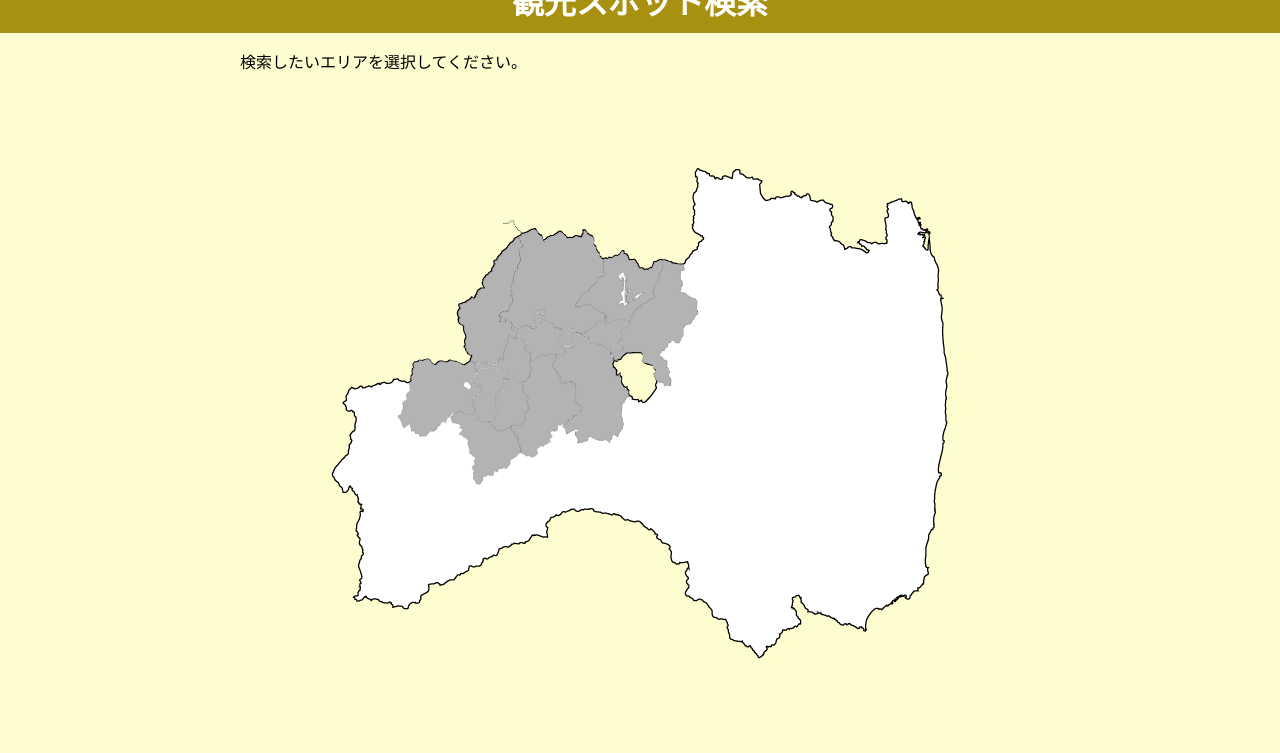
Repository: ryoutana/tanaryou.github.io
Page: Downloads/project/index.html
The author's editor kept a copy of each file at every save. The page is drawn from the files as they stood at one save, then again after the next save.
The browser window is 1280 px wide. The pictures show the whole page.

Above is the page before, as saved 2025-04-29 15:20:55.

### Downloads/project/index.html
<!DOCTYPE html>
<html lang="ja">
<head>
    <meta charset="UTF-8">
    <meta name="viewport" content="width=device-width, initial-scale=1.0">
    <title>観光スポット検索</title>
    <link rel="stylesheet" href="styles.css">
</head>
<body>
    <header>
        <h1 id="pageTitle">観光スポット検索</h1>
    </header>
    <main>
        <section id="intro">
            <p id="introText">検索したいエリアを選択してください。</p>
            <div id="mapContainer">
                <img id="introImage" src="福島県白地図.png" alt="福島県の地図">
                <div id="spotContainer"></div>
            </div>
        </section>
    </main>
    <script src="script.js"></script>
</body>
</html>

### Downloads/project/styles.css
/* styles.css */

/* 全体のリセット */
body, html {
    margin: 0;
    padding: 0;
    width: 100%;
    height: 100%;
    box-sizing: border-box;
    background-color: #fffdd0; /* 背景色をクリーム色に設定 */
    display: flex;
    flex-direction: column;
    align-items: center;
    justify-content: center;
    font-family: Arial, sans-serif;
}

/* ヘッダーのスタイル */
header {
    text-align: center;
    background-color: #a89110;
    padding: 10px 0;
    width: 100%;
}

#pageTitle {
    font-size: 2em;
    margin: 0;
    color: #fff;
}

/* 地図全体のコンテナ */
#mapContainer {
    position: relative;
    width: 80%; /* 地図の幅を画面幅に応じて調整 */
    max-width: 800px;
    margin: 20px auto;
    overflow: hidden;
    text-align: center;
}

#introImage {
    width: 100%; /* 地図画像を親要素にフィットさせる */
    height: auto;
    display: block;
    margin: 0 auto;
    z-index: 1;
}

/* スポット画像のコンテナ */
#spotContainer {
    position: absolute;
    top: 0;
    left: 0;
    width: 100%;
    height: 100%;
    z-index: 2;
}

/* スポット画像のスタイル */
.spot-image {
    position: absolute;
    transform: translate(-50%, -50%); /* 中心基準で配置 */
    cursor: pointer;
    transition: filter 0.3s ease;
    filter: brightness(0.8) saturate(0); /* デフォルトで薄い灰色 */
}

.spot-image:hover {
    filter: brightness(1.2) hue-rotate(90deg); /* カーソルが乗ると黄緑 */
}

.spot-image.active {
    filter: brightness(1) hue-rotate(120deg) saturate(2); /* クリックでしっかり緑 */
}

### Downloads/project/script.js
// スポットデータ（座標は地図画像内の相対的なピクセル位置）
const spots = [
    { name: '会津坂下町', img: '会津坂下町(白地図).png', x: 275, y: 303, width: 78, zIndex: 30 },
    { name: '会津若松市', img: '会津若松市(白地図).png', x: 337, y: 368, width: 158, zIndex: 20 },
    { name: '会津美里町', img: '会津美里町(白地図).png', x: 283, y: 390, width: 149, zIndex: 21 },
    { name: '喜多方市', img: '喜多方市(白地図).png', x: 291, y: 230, width: 170, zIndex: 25 },
    { name: '金山町', img: '金山町(白地図).png', x: 150, y: 381, width: 133, zIndex: 5 },
    { name: '三島町', img: '三島町(白地図).png', x: 216, y: 377, width: 83, zIndex: 40 },
    { name: '昭和村', img: '昭和村(白地図).png', x: 207, y: 444, width: 115, zIndex: 12 },
    { name: '西会津町', img: '西会津町(白地図).png', x: 214, y: 260, width: 180, zIndex: 18 },
    { name: '猪苗代町', img: '猪苗代町(白地図).png', x: 418, y: 288, width: 178, zIndex: 19 },
    { name: '湯川村', img: '湯川村(白地図).png', x: 309, y: 306, width: 32, zIndex: 30 },
    { name: '磐梯町', img: '磐梯町(白地図).png', x: 357, y: 304, width: 69, zIndex: 28 },
    { name: '北塩原村', img: '北塩原村(白地図).png', x: 374, y: 244, width: 123, zIndex: 26 },
    { name: '柳津町', img: '柳津町(白地図).png', x: 229, y: 363, width: 134, zIndex: 31 }
];

// スポットを動的に生成
function generateSpots() {
    const spotContainer = document.getElementById('spotContainer');
    const mapContainer = document.getElementById('mapContainer');

    if (!spotContainer || !mapContainer) {
        console.error('Error: 必要な要素が見つかりません。');
        return;
    }

    const mapWidth = mapContainer.offsetWidth; // 地図の幅
    const mapHeight = mapContainer.offsetHeight; // 地図の高さ

    spots.forEach(spot => {
        // スポット画像を作成
        const img = document.createElement('img');
        img.src = spot.img;
        img.alt = spot.name;
        img.style.position = 'absolute';
        img.style.width = `${(spot.width / 800) * mapWidth}px`; // 幅を地図のサイズに比例させる
        img.style.left = `${(spot.x / 800) * mapWidth}px`; // x座標を地図のサイズに比例させる
        img.style.top = `${(spot.y / 800) * mapHeight}px`; // y座標を地図のサイズに比例させる
        img.classList.add('spot-image');
        img.style.filter = 'brightness(0.9) saturate(0)'; // デフォルトの薄い灰色
        img.style.zIndex = spot.zIndex; // 個別に指定された優先順位を適用

        // カーソルが乗ったときの色変更
        img.addEventListener('mouseover', () => {
            if (img.classList.contains('active')) {
                img.style.filter = 'hue-rotate(240deg)'; // 青色にする
            } else {
                img.style.filter = 'hue-rotate(90deg)'; // 黄緑にする
            }
        });

        img.addEventListener('mouseout', () => {
            if (img.classList.contains('active')) {
                img.style.filter = 'hue-rotate(120deg)'; // 緑に戻す
            } else {
                img.style.filter = 'brightness(0.9) saturate(0)'; // 元の薄い灰色に戻す
            }
        });

        // クリックイベントを設定
        img.addEventListener('click', () => {
            if (img.classList.contains('active')) {
                img.classList.remove('active'); // 緑から元の薄い灰色に戻す
                img.style.filter = 'brightness(0.9) saturate(0)'; // 元の薄い灰色に戻す
            } else {
                img.classList.add('active'); // 緑にする
                img.style.filter = 'hue-rotate(120deg)'; // 緑にする
            }
        });

        // スポット画像を追加
        spotContainer.appendChild(img);
    });
}

// 初期化処理
function init() {
    generateSpots();
    console.log('スポット画像の生成が完了しました。');
}

// ページ読み込み時に初期化
window.onload = init;

After the next save:
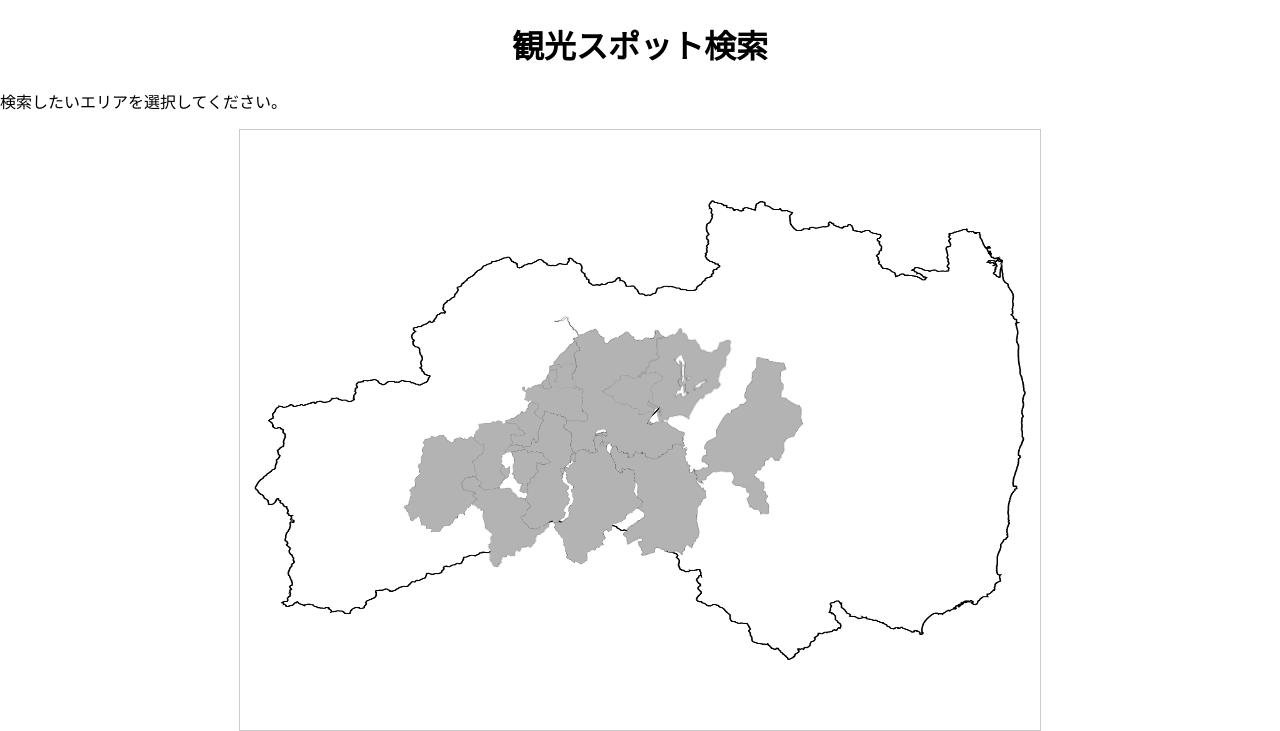
Saved 4 min 29 s later.
--- a/Downloads/project/styles.css
+++ b/Downloads/project/styles.css
@@ -1,53 +1,30 @@
 /* styles.css */
-
-/* 全体のリセット */
-body, html {
+body {
+    font-family: Arial, sans-serif;
     margin: 0;
     padding: 0;
-    width: 100%;
-    height: 100%;
-    box-sizing: border-box;
-    background-color: #fffdd0; /* 背景色をクリーム色に設定 */
-    display: flex;
-    flex-direction: column;
-    align-items: center;
-    justify-content: center;
-    font-family: Arial, sans-serif;
 }
 
-/* ヘッダーのスタイル */
 header {
     text-align: center;
-    background-color: #a89110;
-    padding: 10px 0;
-    width: 100%;
+    margin: 20px 0;
 }
 
-#pageTitle {
-    font-size: 2em;
-    margin: 0;
-    color: #fff;
-}
-
-/* 地図全体のコンテナ */
 #mapContainer {
     position: relative;
-    width: 80%; /* 地図の幅を画面幅に応じて調整 */
-    max-width: 800px;
-    margin: 20px auto;
-    overflow: hidden;
-    text-align: center;
+    width: 800px;
+    height: 600px;
+    margin: 0 auto;
+    border: 1px solid #ccc;
 }
 
 #introImage {
-    width: 100%; /* 地図画像を親要素にフィットさせる */
-    height: auto;
-    display: block;
-    margin: 0 auto;
+    position: absolute;
+    width: 100%;
+    height: 100%;
     z-index: 1;
 }
 
-/* スポット画像のコンテナ */
 #spotContainer {
     position: absolute;
     top: 0;
@@ -57,19 +34,23 @@ header {
     z-index: 2;
 }
 
-/* スポット画像のスタイル */
-.spot-image {
-    position: absolute;
-    transform: translate(-50%, -50%); /* 中心基準で配置 */
-    cursor: pointer;
-    transition: filter 0.3s ease;
-    filter: brightness(0.8) saturate(0); /* デフォルトで薄い灰色 */
+#buttonContainer {
+    display: flex;
+    flex-wrap: wrap;
+    justify-content: center;
+    margin-top: 20px;
 }
 
-.spot-image:hover {
-    filter: brightness(1.2) hue-rotate(90deg); /* カーソルが乗ると黄緑 */
+.spot-button {
+    margin: 5px;
+    padding: 10px 20px;
+    border: none;
+    border-radius: 20px;
+    background-color: #f0f0f0;
+    cursor: pointer;
+    transition: background-color 0.3s ease;
 }
 
-.spot-image.active {
-    filter: brightness(1) hue-rotate(120deg) saturate(2); /* クリックでしっかり緑 */
+.spot-button:hover {
+    background-color: #d0d0d0;
 }
